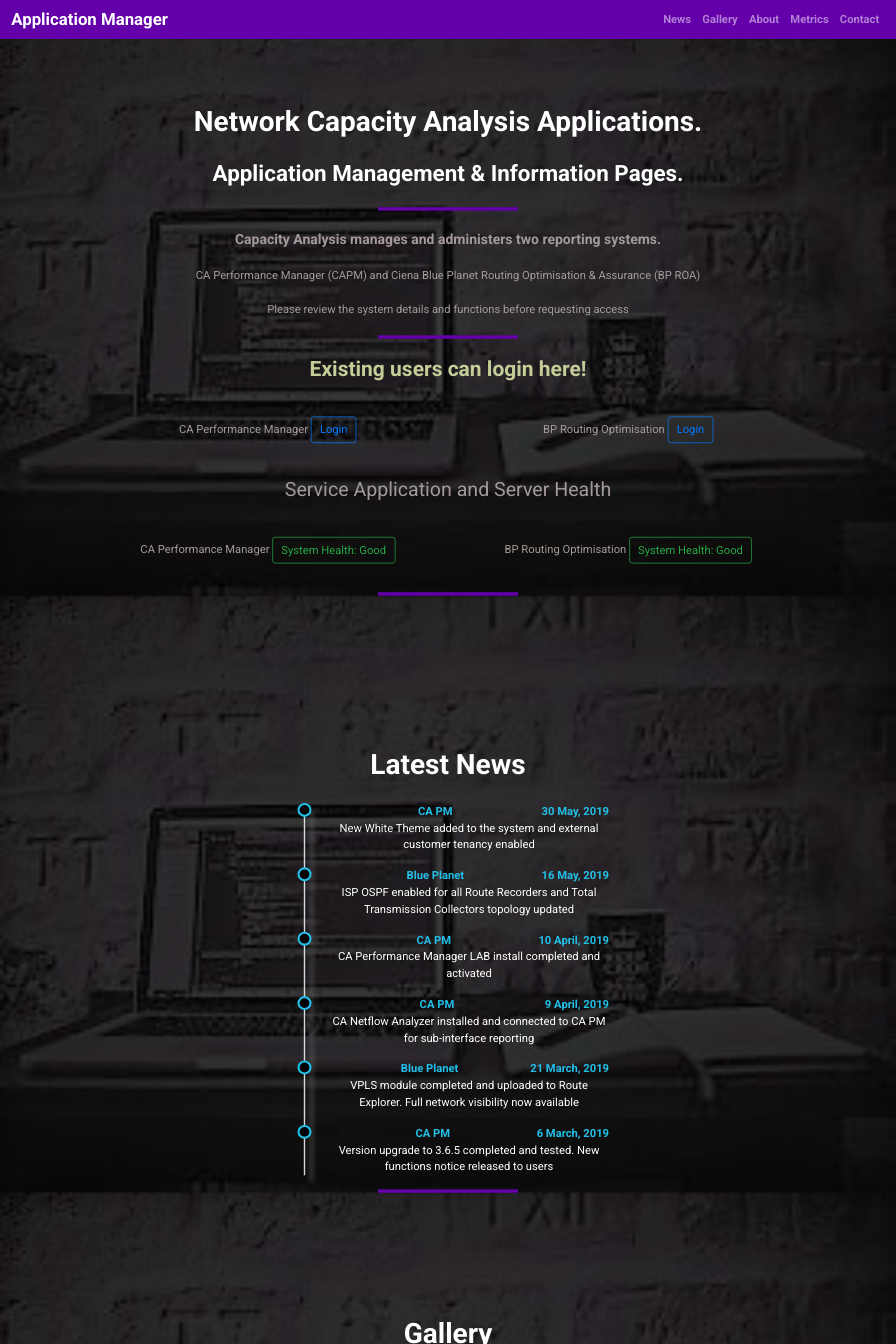
Repository: Mofarrell1967/Application-Manager
Page: index.html
The author's editor kept a record of every edit. The page is drawn from the files as they stood at one moment, then again after the next edit.
The browser window is 1280 px wide. The pictures show the part of the page from y = 0 to 1920 px (the page is 2768 px tall before and 2827 px after), at 70% of full size.
Backgrounds fixed to the window are drawn as part of the page. Some web libraries are served in a nearby version.

Above is the page before.

After the next edit:
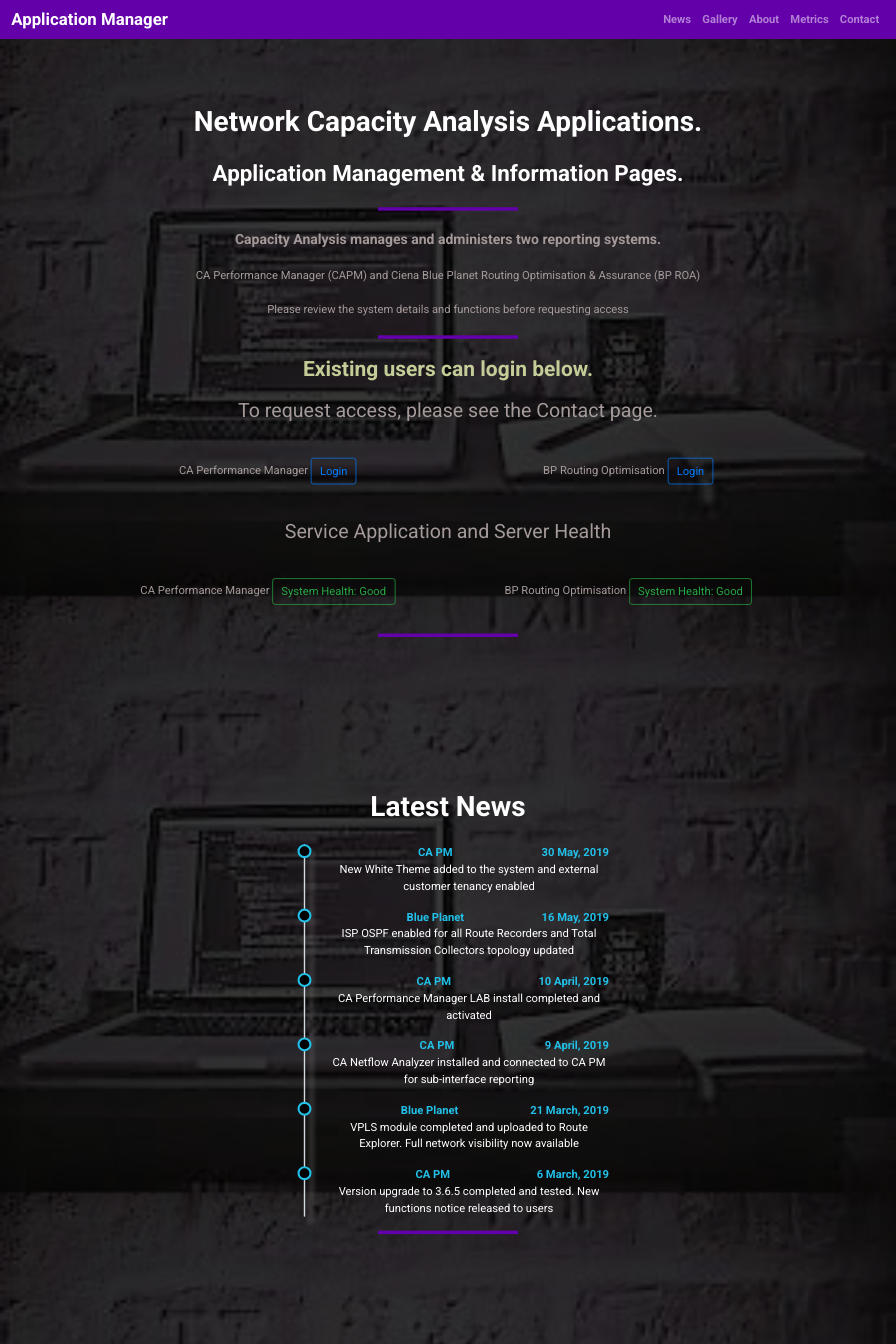
The edit:
--- a/index.html
+++ b/index.html
@@ -57,7 +57,8 @@
             <p class="main">CA Performance Manager (CAPM) and Ciena Blue Planet Routing Optimisation & Assurance (BP ROA) </p>
             <p class="main">Please review the system details and functions before requesting access</p>
             <hr class="block-divider">
-            <h3 class="status">Existing users can login here!</h3>
+            <h3 class="status">Existing users can login below.</h3>
+            <h3 class="main">To request access, please see the Contact page.</h3>
             <div class="row">
               <div class="col-md-6">
                 <div class="main">CA Performance Manager <button type="button" class="btn btn-outline-primary" data-toggle="tooltip" title="Login is currently disabled until API is completed in next release">Login</button></div>
@@ -67,12 +68,12 @@
               </div>
             </div>
             <h3 class="main">Service Application and Server Health</h3>
-              <div class="row">
+            <div class="row">
               <div class="col-md-6">
                 <div class="main">CA Performance Manager <button type="button" class="btn btn-outline-success" data-toggle="tooltip" title="Status updates will be automated at next release">System Health: Good</button></div>
               </div>
               <div class="col-md-6">
-                <div class="main">BP Routing Optimisation  <button type="button" class="btn btn-outline-success" data-toggle="tooltip" title="Status updates will be automated at next release">System Health: Good</button></div>
+                <div class="main">BP Routing Optimisation <button type="button" class="btn btn-outline-success" data-toggle="tooltip" title="Status updates will be automated at next release">System Health: Good</button></div>
               </div>
             </div>
             <hr class="block-divider">
@@ -110,7 +111,6 @@
                     <span class="nheaders">CA PM </span><span class="nheaders float-right"> 6 March, 2019</span>
                     <p>Version upgrade to 3.6.5 completed and tested. New functions notice released to users</p>
                   </li>
-
                 </ul>
                 <hr class="block-divider">
               </div>
@@ -361,7 +361,7 @@
   <!-- Tooltip Script End -->
 
 
- <!-- Menu Coloring Script Start -->
+  <!-- Menu Coloring Script Start -->
 
 
   <script>
